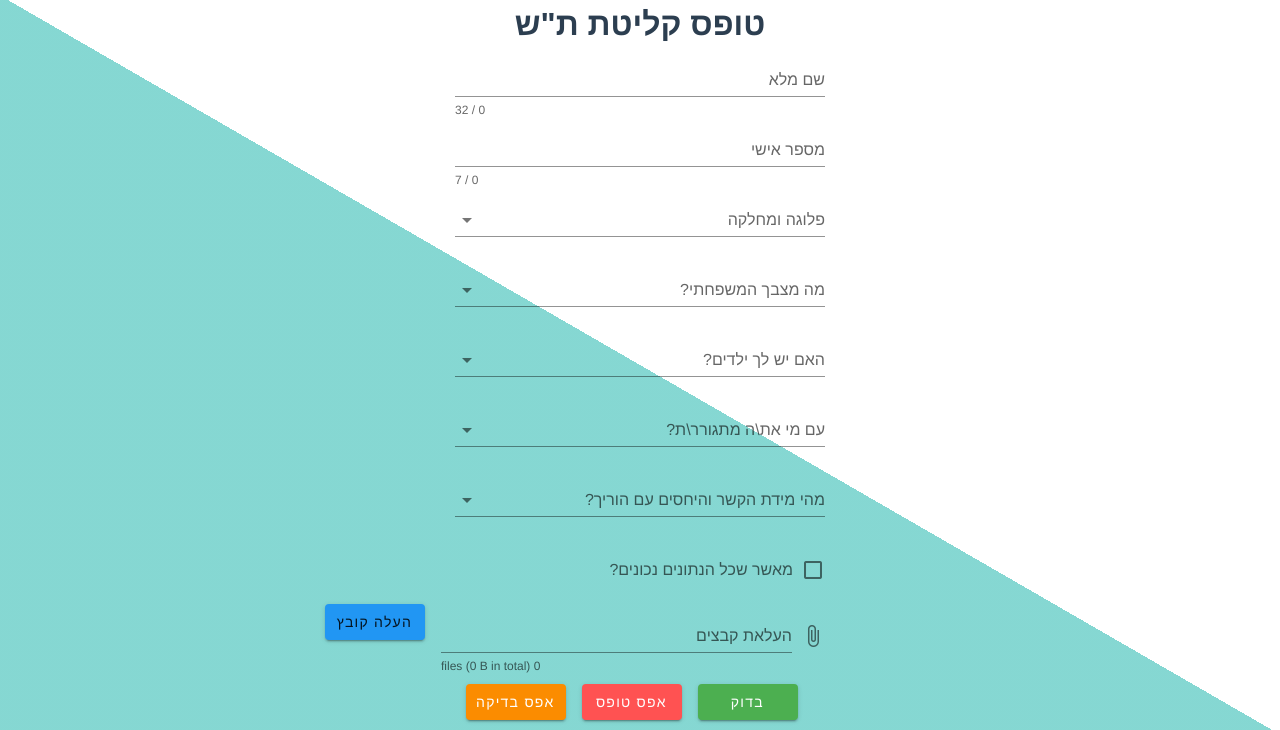
Repository: Natanhel/klitat-tash
Page: /
These files come from the project's save history. The page is drawn as it stood at one moment and after the next save; the edit follows.
The browser window is 1280 px wide. The pictures show the whole page.
The page's requests for data from a server got no answer. The project was rebuilt for these pictures with package versions that can differ from the ones it lists, and the page was loaded fresh each time. No one was signed in, and anything a server would have sent is missing. Also part of the build but not shown: vue.config.js.

Above is the page before, as saved 2020-12-01 18:08:34.

### src/App.vue
<template>
  <div id="app">
    <v-app>

      <h1>טופס קליטת ת"ש</h1>

      <v-form
        ref="form"
        v-model="valid"
        lazy-validation
      >
        <v-text-field
          v-model="name"
          :counter="32"
          :rules="nameRules"
          label="שם מלא"
          required
        ></v-text-field>

        <v-text-field
          v-model="pernr"
          :counter="7"
          :rules="pernrRules"
          label="מספר אישי"
          required
        ></v-text-field>

        <v-select
          v-model="select"
          :items="items"
          :rules="[v => !!v || 'נדרש להזין פלוגה ומחלקה']"
          label="פלוגה ומחלקה"
          required
        ></v-select>

        <v-select
          v-model="select"
          :items="familyItems"
          :rules="[v => !!v || 'נדרש להזין מצב משפחתי']"
          label="מה מצבך המשפחתי?"
          required
        ></v-select>

        <v-select
          v-model="select"
          :items="haveKidsItems"
          :rules="[v => !!v || 'נדרש להזין']"
          label="האם יש לך ילדים?"
          required
        ></v-select>

        <v-select
          v-model="select"
          :items="livingWithItems"
          :rules="[v => !!v || 'נדרש להזין']"
          label="עם מי את\ה מתגורר\ת?"
          required
        ></v-select>

        <v-select
          v-model="select"
          :items="parentsStatusItems"
          :rules="[v => !!v || 'נדרש להזין']"
          label="מהי מידת הקשר והיחסים עם הוריך?"
          required
        ></v-select>

        <v-checkbox
          v-model="checkbox"
          :rules="[v => !!v || 'עליך לאשר על מנת להמשיך!']"
          label="מאשר שכל הנתונים נכונים?"
          required
        ></v-checkbox>

      <div class="upload">

        <v-file-input v-model="files" show-size counter  chips label="העלאת קבצים"></v-file-input>

        <v-btn
          color="blue"
          class="mr-4"
          @click="uploadFile"
        >
          העלה קובץ
        </v-btn>
      </div>
      <div class="btn-group">
        <v-btn
          :disabled="!valid"
          color="success"
          class="mr-4"
          @click="validate"
        >
          בדוק
        </v-btn>

        <v-btn
          color="error"
          class="mr-4"
          @click="reset"
        >
          אפס טופס
        </v-btn>

        <v-btn
          color="warning"
          class="mr-4"
          @click="resetValidation"
        >
          אפס בדיקה
        </v-btn>
      </div>

      </v-form>
    </v-app>
  </div>
</template>

<script>
import axios from 'axios';

export default {
  name: 'App',
  mounted(){
    // login
    const data = JSON.stringify({"password":"passward","email":"natanhelp@gmail.com"});

    const config = {
      method: 'post',
      url: 'https://nat-task-manager.herokuapp.com/users/login',
      headers: {
        'Content-Type': 'application/json'
      },
      data : data
    };

    axios(config)
      .then((response) => {
        this.userToken = response.data.token
      })
      .catch((error) => {
        console.log(error);
      })
  },

  data: () => ({
    userToken: '',
    files: null,
    valid: true,
    name: '',
    nameRules: [
      v => !!v || 'נדרש להזין שם',
      v => !(v && v.length <= 4) || 'על השם להיות ארוך מ-4 תווים',
    ],
    pernr: '',
    pernrRules: [
      v => !!v || 'נדרש להזין מספר אישי',
      v => !(v.length !== 7) || 'על המספר להיות בדיוק 7 תווים'
    ],
    select: null,
    items: [
      'ו1',
      'ו2',
      'ו3',
      'ו4',
      'ו5',
    ],
    familyItems: [
      'רווק/ה',
      'נשוי/ה',
      'גרוש/ה'
    ],
    haveKidsItems: [
      'כן', 'לא'
    ],
    livingWithItems: [
      'מתוגרר/ת עם ההורים (אחד מהם לפחות)',
      'איני מתגורר/ת עם ההורים'
    ],
    parentsRelationsItems: [
      'בקשר עם שניהם ויחסים תקינים',
      'בקשר וביחסיפ תקינים (רק עם אחד מהם)',
      'בקשר עם שניהם/אחד מהם ומערכת יחסים רעועה',
      'לא בקשר בכלל'
    ],
    parentsStatusItems: [
      'נשואים',
      'גרושים',
      'פרודים',
      'אלמנ/ה',
      'רווק/ה'
    ],
    checkbox: false,
  }),
  methods: {
    validate () {
      this.$refs.form.validate()
    },
    reset () {
      this.$refs.form.reset()
    },
    resetValidation () {
      this.$refs.form.resetValidation()
    },
    async uploadFile() {
      var FormData = require('form-data');
      var data = new FormData();
      const buffer = await this.files.arrayBuffer()

      data.append('avatar', buffer)

      var config = {
        method: 'post',
        url: 'https://nat-task-manager.herokuapp.com/users/me/avatar',
        headers: {
          'Authorization': 'Bearer ' + this.userToken,
          ...data
        },
        data : data
      }

      axios(config)
      .then(function (response) {
        console.log(JSON.stringify(response.data));
      })
      .catch(function (error) {
        console.log(error);
      })
    }
  },
}
</script>

<style>
#app {
  font-family: Avenir, Helvetica, Arial, sans-serif;
  -webkit-font-smoothing: antialiased;
  -moz-osx-font-smoothing: grayscale;
  text-align: center;
  color: #2c3e50;
  margin-top: 60px;
}

form
{
  width: 370px;
}

#app
{
  padding: 0; margin: 0;
  display: flex;
  align-items: center;
  justify-content: center;
  background-color: transparent;
}

.v-btn
{
  width: 100px;
}

.btn-group{
  width: 100%;
  padding: 10px;
}

.upload
{
  display: flex;
  flex-direction: row;
  width: 500px;
}
html
{
  background: rgb(13,176,166);
background: linear-gradient(30deg, rgba(13,176,166,0.5) 50%, rgba(255,255,255,1) 50%  );
}
</style>

### src/plugins/vuetify.js
import Vue from 'vue';
import Vuetify from 'vuetify/lib';

Vue.use(Vuetify);

export default new Vuetify({
    rtl: true,
});

Loaded but not shown: public/index.html (common file); src/main.js (common file)

After the next save:
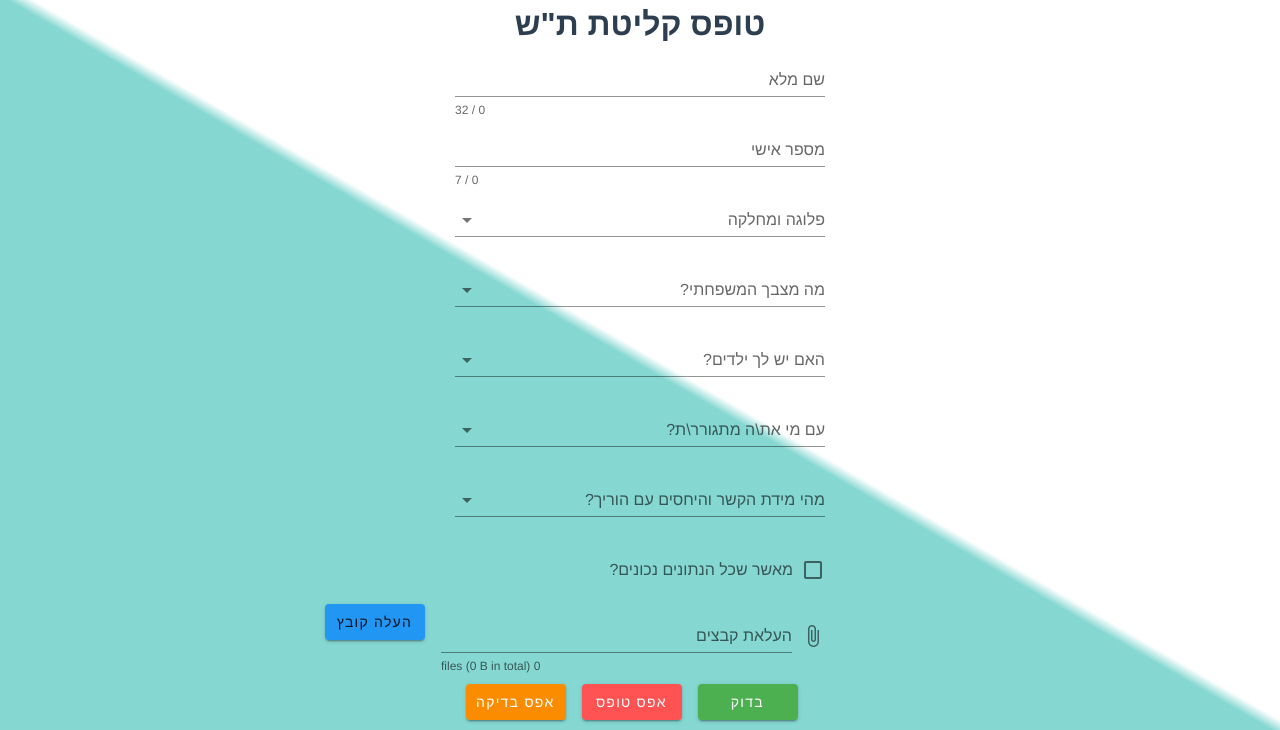
Saved 45 s later.
--- a/src/App.vue
+++ b/src/App.vue
@@ -274,6 +274,6 @@ form
 html
 {
   background: rgb(13,176,166);
-background: linear-gradient(30deg, rgba(13,176,166,0.5) 50%, rgba(255,255,255,1) 50%  );
+background: linear-gradient(30deg, rgba(13,176,166,0.5) 50%, rgba(255,255,255,1) 51%  );
 }
 </style>
